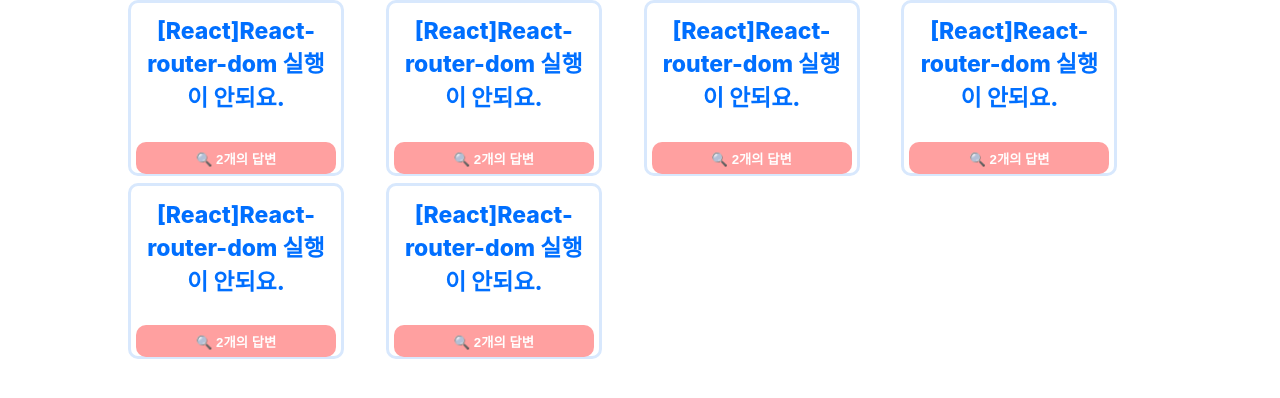
Repository: TeamCosine/Front
Page: /Qna
The author's editor kept a copy of each file at every save. The page is drawn from the files as they stood at one save, then again after a run of saves.
The browser window is 1280 px wide. The pictures show the whole page.
The project was rebuilt for these pictures with package versions that can differ from the ones it lists, and the page was loaded fresh each time. Also part of the build but not shown: src/components/home/Card.js, src/pages/Home.js, src/pages/Profile.js, src/pages/Login.js, src/components/MyInfo/Card.js, src/pages/MyInfo.js, src/pages/Write.js, src/pages/Invite.js.

Above is the page before, as saved 2023-07-22 23:05:53.

### src/App.js
import React from 'react';
import './App.css';

import {BrowserRouter, Routes, Route} from 'react-router-dom';
import Home from './pages/Home';
import Profile from './pages/Profile';
import Login from './pages/Login';
import MyInfo from './pages/MyInfo';
import Write from './pages/Write';
import Qna from './pages/Qna';
import Invite from './pages/Invite';


function App() {
  return (
    <BrowserRouter>
    <div className="App">
      <Routes>
        <Route path = "/" element={<Login/>}/>
        <Route path = "/profile" element={<Profile/>}/>
        <Route path = "/myinfo" element = {<MyInfo/>} />
        <Route path = "/Write" element = {<Write/>} />
        <Route path = "/Qna" element={<Qna/>}/>
        <Route path = "/home" element = {< Home/>}/>
        <Route path = "/invite" element={<Invite/>}/>

      </Routes>
    </div>
    </BrowserRouter>
  );
}

export default App;

### src/pages/Qna.js
import React from "react";
import styled from 'styled-components';
import Card from "../components/QNA/Card";
import Title from "../components/common/Title";

const Container = styled.div`

`;
const GridContainer = styled.div`
   display: grid;
   grid-template-columns: repeat(4, 1fr);
   grid-gap: 1vh;
   padding-left: 10vw;
   padding-right: 10vw;
`;

const Qna =()=>{
    return (
        <>
          <Title text={"QNA"}/>
          <Container>
            <GridContainer>
            <Card/>
            <Card/>
            <Card/>
            <Card/>
            <Card/>
            <Card/>
            </GridContainer>
          </Container>
        </>
    )
}

export default Qna;

### src/components/QNA/Card.js
import React from "react";
import styled from "styled-components";

const Container = styled.div`
   border-radius: 10px;
   border : 3px solid #d8e8fd;
   background-color: white;
   width : 210px;
   height : 170px;
`;

const Text = styled.div`
   padding-top: 2vh;
   color : #006fff;
   font-size: 23px;
   font-weight: 800;
   flex-shrink: 0;
   padding-bottom: 4vh;
   padding-left : 1vw;
   padding-right: 1vw;
`;
const Btn = styled.button`
    text-align: center;
    width : 200px;
    height : 32px;
    background-color: #ffa0a0;
    flex-shrink: 0;
    color : white;
    border-radius: 10px;
    border:none;
    font-weight: bold;
`;
const Card =() =>{

    return (
        <>
           <Container>
              <Text>[React]React-router-dom 실행이 안되요.</Text>
              <div>
                <Btn>🔍 2개의 답변</Btn>
              </div>

           </Container>
        </>
    )

}

export default Card;

### src/components/common/Title.js
import React from "react";
import styled from 'styled-components';

const Container = styled.button`
  background-color: #E8F1FD;
`;

const Title = ({text}) =>{
    <>
      <Container>
          {text}
      </Container>
    </>

}

export default Title;

Loaded but not shown: public/index.html (common file); src/index.js (common file); src/index.css (common file); src/reportWebVitals.js (common file); src/App.css (common file)

After the next 2 saves:
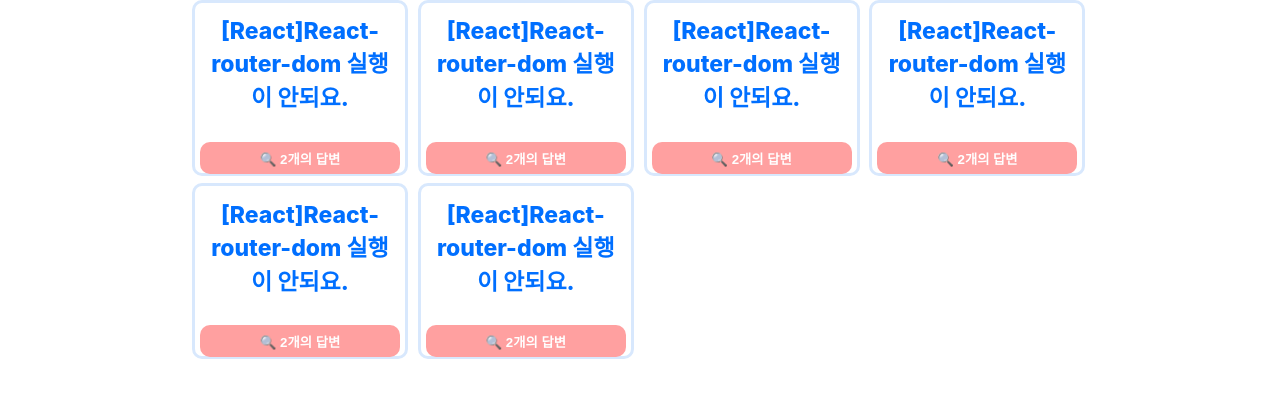
The 2 saves are shown as one change because they came seconds apart.
The last was saved 18 s later.
--- a/src/pages/Qna.js
+++ b/src/pages/Qna.js
@@ -10,8 +10,8 @@
    display: grid;
    grid-template-columns: repeat(4, 1fr);
    grid-gap: 1vh;
-   padding-left: 10vw;
-   padding-right: 10vw;
+   padding-left: 15vw;
+   padding-right: 15vw;
 `;
 
 const Qna =()=>{
